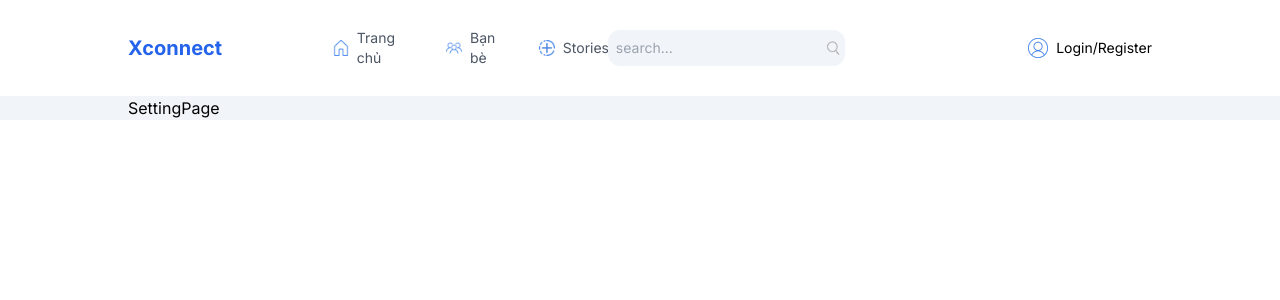
Repository: Tedydev-web/Xconnect
Page: /settings
These files come from the project's save history. The page is drawn as it stood at one moment and after the next save; the edit follows.
The browser window is 1280 px wide. The pictures show the whole page.
The page's requests for data from a server got no answer. The project was rebuilt for these pictures with package versions that can differ from the ones it lists, and the page was loaded fresh each time. Some packages were replaced by stand-ins written for this rebuild. The framework's server and built-in components were replaced by stand-ins that run in the browser. No one was signed in, and anything a server would have sent is missing. Also part of the build but not shown: next.config.mjs.

Above is the page before, as saved 2024-10-15 10:45:02.

After the next save:
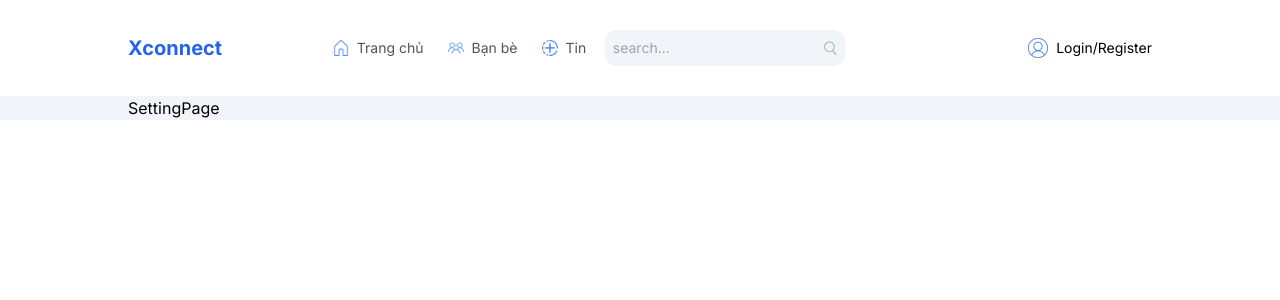
Saved 13 s later.
--- a/src/components/Navbar.tsx
+++ b/src/components/Navbar.tsx
@@ -52,7 +52,7 @@ const Navbar = () => {
 							height={16}
 							className="w-4 h-4"
 						/>
-						<span>Stories</span>
+						<span>Tin</span>
 					</Link>
 				</div>
 				<div className="hidden xl:flex p-2 bg-slate-100 items-center rounded-xl">
